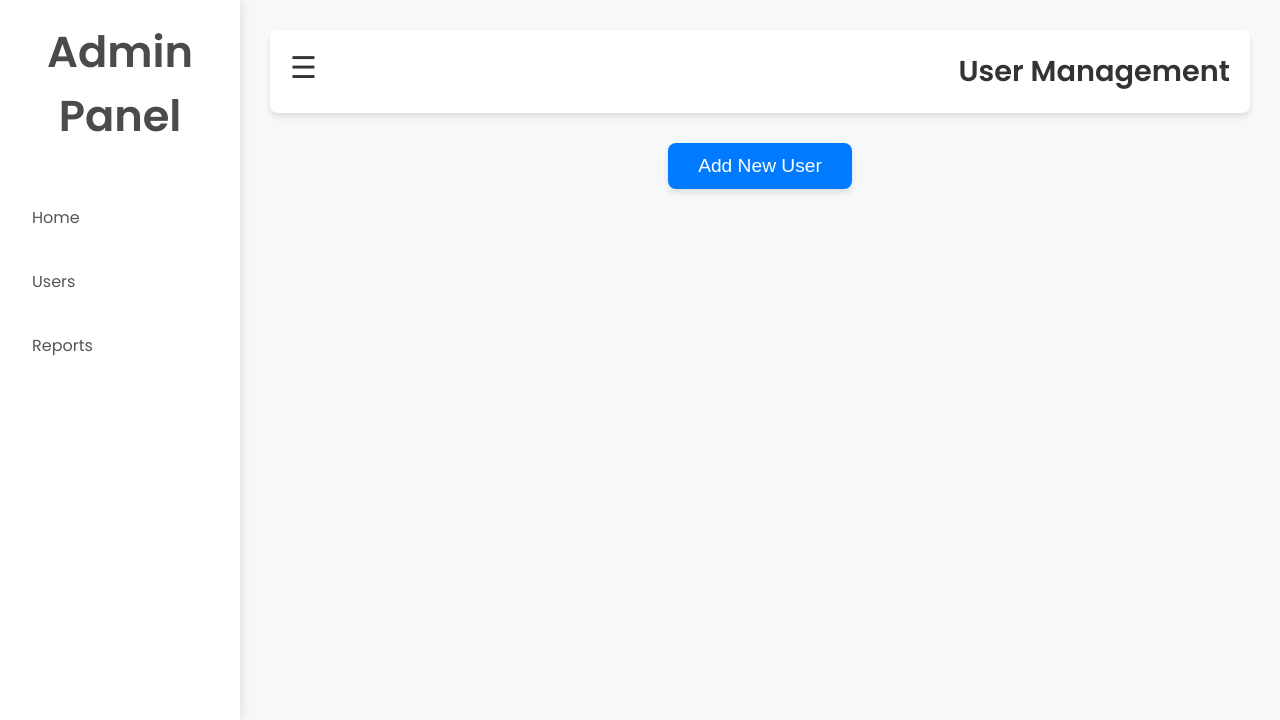
Repository: anazhtz/index
Page: index.html
These files come from the project's save history. The page is drawn as it stood at one moment and after the next save; the edit follows.
The browser window is 1280 px wide. The pictures show the whole page.

Above is the page before, as saved 2024-11-14 15:29:47.
Console error: TypeError: Cannot set properties of null (setting 'innerHTML')

### index.html
<!DOCTYPE html>
<html lang="en">
<head>
    <meta charset="UTF-8">
    <meta name="viewport" content="width=device-width, initial-scale=1.0">
    <meta http-equiv="X-UA-Compatible" content="ie=edge">
    <title>User Management - CRUD</title>
    <link href="https://fonts.googleapis.com/css2?family=Poppins:wght@300;400;500;600&display=swap" rel="stylesheet">
    <link rel="stylesheet" href="styles.css">
</head>
<body>
    <!-- Sidebar -->
    <div class="sidebar">
        <div class="sidebar-header">
            <h2>Admin Panel</h2>
        </div>
        <ul class="sidebar-links">
            <li><a href="#">Home</a></li>
            <li><a href="#">Users</a></li>
            <li><a href="#">Reports</a></li>
        </ul>
    </div>

    <!-- Main Content Area -->
    <div class="main-content">
        <!-- Top Bar -->
        <div class="top-bar">
            <div class="top-bar-left">
                <button class="menu-toggle" id="menuToggle">☰</button>
            </div>
            <div class="top-bar-right">
                <h2>User Management</h2>
            </div>
        </div>

        <!-- Content Section -->
        <div class="content">
            <div class="actions">
                <button class="btn add-btn" id="addBtn">Add New User</button>
            </div>

            <!-- Cards for users -->
            <div class="user-cards" id="userCards">
                <!-- User cards will be dynamically added here -->
            </div>
        </div>
    </div>

    <!-- User Form Modal -->
    <div class="modal" id="userModal">
        <div class="modal-content">
            <span class="close-btn" id="closeModal">&times;</span>
            <h2 id="modalTitle">Add New User</h2>
            <form id="userForm">
                <input type="hidden" id="userId">
                <input type="text" id="userName" placeholder="Full Name" required>
                <input type="text" id="userCompany" placeholder="Company Name" required>
                <input type="text" id="userDesignation" placeholder="Designation" required>
                <input type="email" id="userEmail" placeholder="Email Address" required>
                <input type="text" id="userPhone" placeholder="Phone Number" required>
                <input type="text" id="userLinkedin" placeholder="LinkedIn URL" required>
                <textarea id="userBio" placeholder="Short Bio" required></textarea>
                <button type="submit" class="btn">Save User</button>
            </form>
        </div>
    </div>

    <script src="script.js"></script>
</body>
</html>

### styles.css
/* General Reset */
* {
    margin: 0;
    padding: 0;
    box-sizing: border-box;
}

/* Body Styling */
body {
    font-family: 'Poppins', sans-serif;
    display: flex;
    height: 100vh;
    background-color: #f7f8fa;
    color: #333;
}

/* Sidebar Styling */
.sidebar {
    width: 240px;
    background-color: #ffffff;
    color: #333;
    padding: 20px;
    position: fixed;
    top: 0;
    bottom: 0;
    left: 0;
    display: flex;
    flex-direction: column;
    box-shadow: 2px 0 10px rgba(0, 0, 0, 0.1);
    transition: 0.3s ease;
}

.sidebar-header {
    font-size: 1.8rem;
    font-weight: 600;
    margin-bottom: 30px;
    text-align: center;
    color: #4b4b4b;
}

.sidebar-links {
    list-style: none;
}

.sidebar-links li {
    margin: 15px 0;
}

.sidebar-links li a {
    color: #555;
    text-decoration: none;
    font-size: 1rem;
    display: block;
    padding: 12px;
    border-radius: 4px;
    transition: all 0.3s;
}

.sidebar-links li a:hover {
    background-color: #f1f3f5;
    padding-left: 15px;
}

/* Main Content Area */
.main-content {
    margin-left: 240px;
    width: 100%;
    padding: 30px;
    height: 100%;
    transition: margin-left 0.3s ease;
}

/* Top Bar */
.top-bar {
    display: flex;
    justify-content: space-between;
    background-color: #ffffff;
    color: #333;
    padding: 20px;
    border-radius: 8px;
    margin-bottom: 30px;
    box-shadow: 0px 4px 6px rgba(0, 0, 0, 0.1);
}

.top-bar-left .menu-toggle {
    font-size: 30px;
    background: none;
    border: none;
    color: #333;
    cursor: pointer;
}

.top-bar-right h2 {
    font-size: 1.8rem;
    font-weight: 600;
}

/* Content Section */
.actions {
    text-align: center;
    margin-bottom: 30px;
}

.actions .btn {
    background-color: #007bff;
    border: none;
    color: white;
    padding: 12px 30px;
    border-radius: 8px;
    font-size: 1.2rem;
    cursor: pointer;
    transition: background-color 0.3s ease;
    box-shadow: 0px 4px 6px rgba(0, 0, 0, 0.1);
}

.actions .btn:hover {
    background-color: #0056b3;
}

/* User Cards */
.user-cards {
    display: grid;
    grid-template-columns: repeat(auto-fill, minmax(300px, 1fr));
    gap: 20px;
    margin-top: 20px;
}

.user-card {
    background-color: #fff;
    padding: 20px;
    border-radius: 8px;
    box-shadow: 0 4px 10px rgba(0, 0, 0, 0.1);
    transition: transform 0.3s ease, box-shadow 0.3s ease;
}

.user-card:hover {
    transform: translateY(-5px);
    box-shadow: 0 8px 20px rgba(0, 0, 0, 0.2);
}

.user-card h3 {
    font-size: 1.5rem;
    margin-bottom: 15px;
}

.user-card p {
    color: #777;
    margin: 5px 0;
}

.user-card .btn {
    background-color: #28a745;
    color: #fff;
    font-size: 1rem;
    padding: 8px 15px;
    border-radius: 5px;
    text-decoration: none;
    margin-top: 10px;
    display: inline-block;
    transition: background-color 0.3s ease;
}

.user-card .btn:hover {
    background-color: #218838;
}

/* Modal Styling */
.modal {
    display: none;
    position: fixed;
    top: 0;
    left: 0;
    width: 100%;
    height: 100%;
    background: rgba(0, 0, 0, 0.5);
    justify-content: center;
    align-items: center;
    z-index: 1000;
}

.modal-content {
    background-color: #fff;
    padding: 40px;
    width: 500px;
    border-radius: 8px;
    box-shadow: 0 6px 20px rgba(0, 0, 0, 0.1);
}

.close-btn {
    font-size: 30px;
    color: #333;
    position: absolute;
    top: 20px;
    right: 20px;
    cursor: pointer;
}

/* Form Inputs and Textareas */
input[type="text"], input[type="email"], textarea {
    width: 100%;
    padding: 12px;
    margin-bottom: 20px;
    border: 1px solid #ddd;
    border-radius: 4px;
    font-size: 1rem;
    transition: border-color 0.3s ease;
}

input[type="text"]:focus, input[type="email"]:focus, textarea:focus {
    border-color: #007bff;
}

/* Responsive Design */
@media (max-width: 768px) {
    .sidebar {
        width: 200px;
    }

    .main-content {
        margin-left: 200px;
    }

    .top-bar {
        flex-direction: column;
        align-items: center;
    }

    .user-cards {
        grid-template-columns: 1fr;
    }
}

### script.js
let users = [];

// Modal and form elements
const userModal = document.getElementById("userModal");
const closeModal = document.getElementById("closeModal");
const userForm = document.getElementById("userForm");

// Add/Edit user fields
const userName = document.getElementById("userName");
const userCompany = document.getElementById("userCompany");
const userDesignation = document.getElementById("userDesignation");
const userEmail = document.getElementById("userEmail");
const userPhone = document.getElementById("userPhone");
const userLinkedin = document.getElementById("userLinkedin");
const userBio = document.getElementById("userBio");
const userId = document.getElementById("userId");
const modalTitle = document.getElementById("modalTitle");

const userTableBody = document.getElementById("userTableBody");
const addBtn = document.getElementById("addBtn");

// Open modal for adding a new user
addBtn.addEventListener("click", () => {
    userForm.reset();
    modalTitle.textContent = "Add New User";
    userModal.style.display = "flex";
});

// Close modal
closeModal.addEventListener("click", () => {
    userModal.style.display = "none";
});

// Save new user or edit an existing user
userForm.addEventListener("submit", (event) => {
    event.preventDefault();
    const user = {
        id: userId.value || Date.now().toString(),
        name: userName.value,
        company: userCompany.value,
        designation: userDesignation.value,
        email: userEmail.value,
        phone: userPhone.value,
        linkedin: userLinkedin.value,
        bio: userBio.value
    };

    if (userId.value) {
        const index = users.findIndex((u) => u.id === user.id);
        users[index] = user;
    } else {
        users.push(user);
    }

    renderUsers();
    userModal.style.display = "none";
});

// Render users in the table
function renderUsers() {
    userTableBody.innerHTML = "";
    users.forEach((user) => {
        const row = document.createElement('tr');
        row.innerHTML = `
            <td>${user.name}</td>
            <td>${user.company}</td>
            <td>${user.designation}</td>
            <td>${user.email}</td>
            <td>${user.phone}</td>
            <td><a href="${user.linkedin}" target="_blank">Profile</a></td>
            <td>${user.bio}</td>
            <td>
                <button class="btn edit-btn" onclick="editUser('${user.id}')">Edit</button>
                <button class="btn delete-btn" onclick="deleteUser('${user.id}')">Delete</button>
            </td>
        `;
        userTableBody.appendChild(row);
    });
}

// Edit user
function editUser(id) {
    const user = users.find((user) => user.id === id);
    userId.value = user.id;
    userName.value = user.name;
    userCompany.value = user.company;
    userDesignation.value = user.designation;
    userEmail.value = user.email;
    userPhone.value = user.phone;
    userLinkedin.value = user.linkedin;
    userBio.value = user.bio;
    modalTitle.textContent = "Edit User";
    userModal.style.display = "flex";
}

// Delete user
function deleteUser(id) {
    users = users.filter((user) => user.id !== id);
    renderUsers();
}

// Initial render
renderUsers();

After the next save:
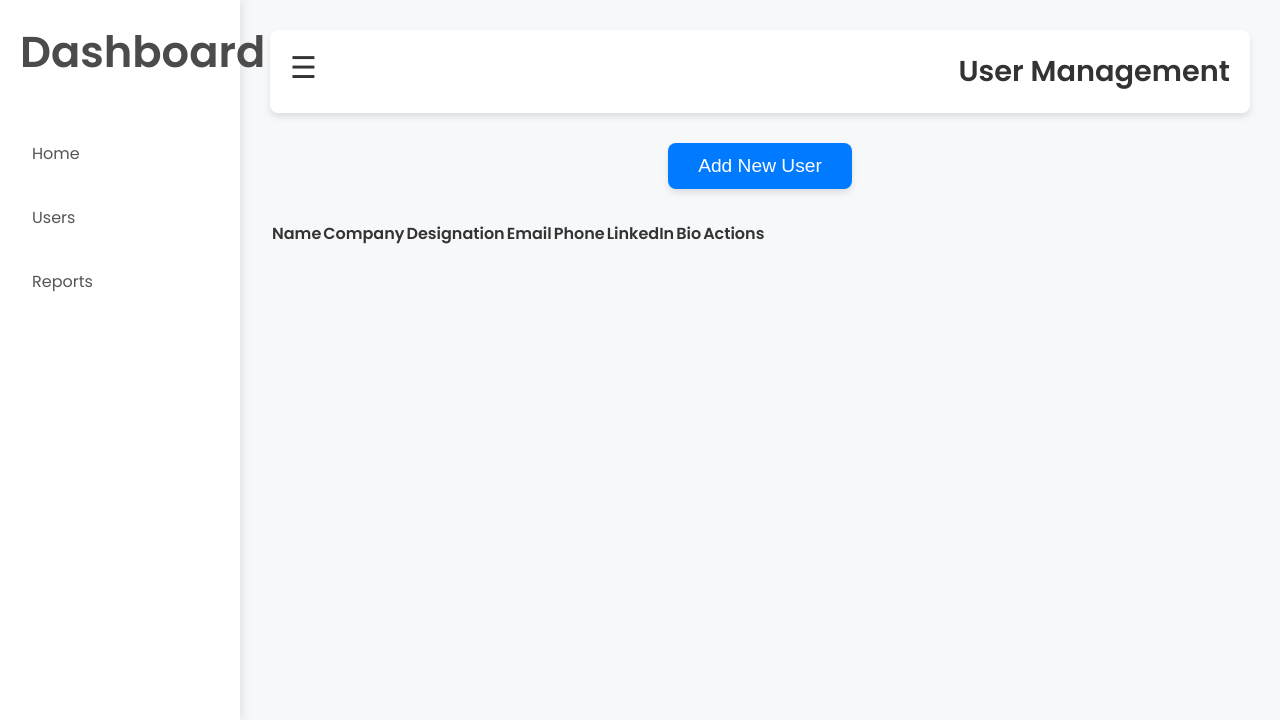
The error is gone.
Saved 25 s later.
--- a/index.html
+++ b/index.html
@@ -12,7 +12,7 @@
     <!-- Sidebar -->
     <div class="sidebar">
         <div class="sidebar-header">
-            <h2>Admin Panel</h2>
+            <h2>Dashboard</h2>
         </div>
         <ul class="sidebar-links">
             <li><a href="#">Home</a></li>
@@ -39,9 +39,25 @@
                 <button class="btn add-btn" id="addBtn">Add New User</button>
             </div>
 
-            <!-- Cards for users -->
-            <div class="user-cards" id="userCards">
-                <!-- User cards will be dynamically added here -->
+            <!-- Table to display users -->
+            <div class="table-container">
+                <table id="userTable">
+                    <thead>
+                        <tr>
+                            <th>Name</th>
+                            <th>Company</th>
+                            <th>Designation</th>
+                            <th>Email</th>
+                            <th>Phone</th>
+                            <th>LinkedIn</th>
+                            <th>Bio</th>
+                            <th>Actions</th>
+                        </tr>
+                    </thead>
+                    <tbody id="userTableBody">
+                        <!-- User rows will be added dynamically -->
+                    </tbody>
+                </table>
             </div>
         </div>
     </div>
